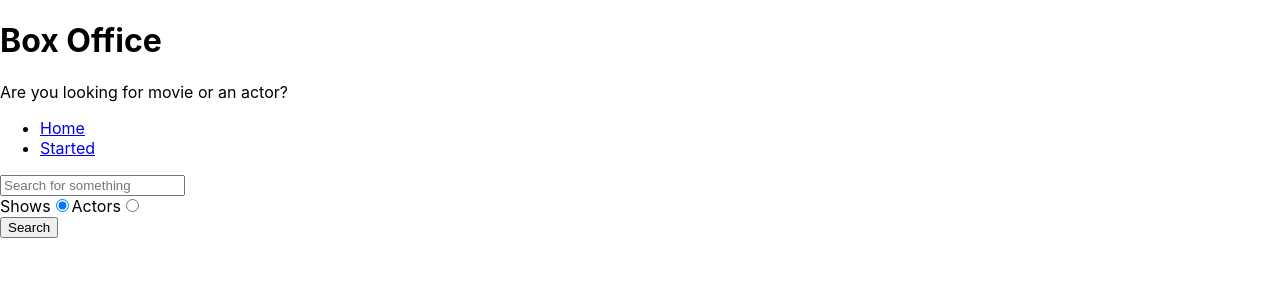
Repository: Mayur2905/Box-office
Page: /
An editor plug-in stored every save of this project. The page is shown before and after the next save, followed by the edit.
The browser window is 1280 px wide. The pictures show the whole page.
The project was rebuilt for these pictures with package versions that can differ from the ones it lists, and the page was loaded fresh each time. A package was used in the major version that the imports need, not the one package.json lists. Also part of the build but not shown: src/components/styled.js, src/components/show/ShowCard.styled.js, src/components/show/ShowCard.js, src/components/show/ShowGrid.js, src/components/actor/ActorCard.js, src/components/actor/ActorGrid.js, src/pages/Starred.js, src/components/show/ShowMainData.styled.js and 9 more.

Above is the page before, as saved 2021-10-16 21:05:35.

### public/index.html
<!DOCTYPE html>
<html lang="en">
  <head>
    <meta charset="utf-8" />
    <link rel="icon" href="%PUBLIC_URL%/favicon.ico" />
    <meta name="viewport" content="width=device-width, initial-scale=1" />
    <meta name="theme-color" content="#000000" />
    <meta
      name="description"
      content="Web site created using create-react-app"
    />
    <link rel="apple-touch-icon" href="%PUBLIC_URL%/logo192.png" />
    <!--
      manifest.json provides metadata used when your web app is installed on a
      user's mobile device or desktop. See https://developers.google.com/web/fundamentals/web-app-manifest/
    -->
    <link rel="manifest" href="%PUBLIC_URL%/manifest.json" />
    <!--
      Notice the use of %PUBLIC_URL% in the tags above.
      It will be replaced with the URL of the `public` folder during the build.
      Only files inside the `public` folder can be referenced from the HTML.

      Unlike "/favicon.ico" or "favicon.ico", "%PUBLIC_URL%/favicon.ico" will
      work correctly both with client-side routing and a non-root public URL.
      Learn how to configure a non-root public URL by running `npm run build`.
    -->
    <title>React App</title>
  </head>
  <body>
    <noscript>You need to enable JavaScript to run this app.</noscript>
    <div id="root"></div>
    <link
  href="https://fonts.googleapis.com/css?family=Roboto:300,400,700,&display=swap"
  rel="stylesheet"
/>
<title>Box Office</title>

  </body>
</html>

### src/index.js
import React from 'react';
import ReactDOM from 'react-dom';
import  {BrowserRouter} from 'react-router-dom';
import './index.css';
import App from './App';
import reportWebVitals from './reportWebVitals';

ReactDOM.render(
<BrowserRouter>
  <App />
</BrowserRouter>,
document.getElementById('root')

);

// If you want to start measuring performance in your app, pass a function
// to log results (for example: reportWebVitals(console.log))
// or send to an analytics endpoint. Learn more: https://bit.ly/CRA-vitals
reportWebVitals();

### src/App.js
import React from 'react';
import { ThemeProvider } from 'styled-components';
import { Switch, Route } from 'react-router-dom';

import Home from './pages/Home';
import Starred from './pages/Starred';
import Show from './pages/Show';

const theme = {
  mainColors: {
    blue: '#2400ff',
    gray: '#c6c6c6',
    dark: '#353535',
  },
};

function App() {
  return (
    <ThemeProvider theme={theme}>
    <Switch>
      <Route exact path="/">
        <Home />
      </Route>

      <Route exact path="/starred">
        <Starred />
      </Route>

      <Route exact path="/show/:id">
        <Show />
      </Route>

      <Route>
        <div>Not found</div>
      </Route>
    </Switch>
    </ThemeProvider>
  );
}

export default App;

### src/reportWebVitals.js
 /* eslint-disable */
const reportWebVitals = onPerfEntry => {
  if (onPerfEntry && onPerfEntry instanceof Function) {
    import('web-vitals').then(({ getCLS, getFID, getFCP, getLCP, getTTFB }) => {
      getCLS(onPerfEntry);
      getFID(onPerfEntry);
      getFCP(onPerfEntry);
      getLCP(onPerfEntry);
      getTTFB(onPerfEntry);
    });
  }
};

export default reportWebVitals;

### src/pages/Home.js
import React, { useState } from 'react';
import MainPageLayout from '../components/MainPageLayout';
import { apiGet } from '../misc/config';
import ShowGrid from '../components/show/ShowGrid';
import ActorGrid from '../components/actor/ActorGrid';
import { useLastOuery } from '../misc/custom-hooks';

const Home = () => {
  const [input, setInput] = useLastOuery();
  const [results, setResults] = useState(null);
  const [searchOption, setSearchOption] = useState('shows');

  const isShowsSearch = searchOption === 'shows';
  const onSearch = () => {
    apiGet(`/search/${searchOption}?q=${input}`).then(result => {
      setResults(result);
    });
  };

  const onInputChange = ev => {
    setInput(ev.target.value);
  };

  const onKeyDown = ev => {
    if (ev.keyCode === 13) {
      onSearch();
    }
  };

  const onRadioChange = ev => {
    setSearchOption(ev.target.value);
  };

  const renderResults = () => {
    if (results && results.length === 0) {
      return <div>No results</div>;
    }

    if (results && results.length > 0) {
      return results[0].show ? (
        <ShowGrid data={results} />
      ) : (
        <ActorGrid data={results} />
      );
    }

    return null;
  };

  return (
    <MainPageLayout>
      <input
        type="text"
        placeholder="Search for something"
        onChange={onInputChange}
        onKeyDown={onKeyDown}
        value={input}
      />

      <div>
        <label htmlFor="shows-search">
          Shows
          <input
            id="shows-search"
            type="radio"
            value="shows"
            checked={isShowsSearch}
            onChange={onRadioChange}
          />
        </label>

        <label htmlFor="actors-search">
          Actors
          <input
            id="actors-search"
            type="radio"
            value="people"
            checked={!isShowsSearch}
            onChange={onRadioChange}
          />
        </label>
      </div>

      <button type="button" onClick={onSearch}>
        Search
      </button>
      {renderResults()}
    </MainPageLayout>
  );
};

export default Home;

### src/components/MainPageLayout.js
import React from 'react'
import Navs from './Navs'
import Title from './Title'

const MainPageLayout = ({children}) => {
    return (
        <div>
            <Title title="Box Office"
            subtitle ="Are you looking for movie or an actor?
            "/>
            <Navs/>
            {children}
        </div>
    )
}

export default MainPageLayout

### src/misc/custom-hooks.js
import { useReducer, useEffect,useState } from 'react';
import { apiGet } from './config';

function showsReducer(prevState, action) {
  switch (action.type) {
    case 'ADD': {
      return [...prevState, action.showId];
    }

    case 'REMOVE': {
      return prevState.filter(showId => showId !== action.showId);
    }

    default:
      return prevState;
  }
}

function usePersistedReducer(reducer, initialState, key) {
  const [state, dispatch] = useReducer(reducer, initialState, initial => {
    const persisted = localStorage.getItem(key);

    return persisted ? JSON.parse(persisted) : initial;
  });

  useEffect(() => {
    localStorage.setItem(key, JSON.stringify(state));
  }, [state, key]);

  return [state, dispatch];
}

export function useShows(key = 'shows') {
  return usePersistedReducer(showsReducer, [], key);
}
export function useLastOuery(key='lastQuery') {
     const [input, setInput] = useState(()=>{
        const persisted = sessionStorage.getItem(key);

        return persisted ? JSON.parse(persisted) : "";


     });
     const setPersistedInput =(newState)=>{
         setInput(newState);
         sessionStorage.setItem(key,JSON.stringify(newState))
     }
     return[input,setPersistedInput];
}
const reducer = (prevState, action) => {
    switch (action.type) {
      case 'FETCH_SUCCESS': {
        return { isLoading: false, error: null, show: action.show };
      }

      case 'FETCH_FAILED': {
        return { ...prevState, isLoading: false, error: action.error };
      }

      default:
        return prevState;
    }
  };

export function useShow(showId){
    const [state, dispatch] = useReducer(
        reducer,
        {
            show: null,
            isLoading: true,
            error: null,
        }
      );

      useEffect(() => {
        let isMounted = true;

        apiGet(`/shows/${showId}?embed[]=seasons&embed[]=cast`)
          .then(results => {
            if (isMounted) {
              dispatch({ type: 'FETCH_SUCCESS', show: results });
            }
          })
          .catch(err => {
            if (isMounted) {
              dispatch({ type: 'FETCH_FAILED', error: err.message });
            }
          });

        return () => {
          isMounted = false;
        };
      }, [showId]);
      return state;
}

### src/components/Navs.js
import React from 'react'
import {Link} from 'react-router-dom'

const LINK =[
    {to: '/',text:'Home'},
    {to: '/started',text:'Started'}

  ]

const Navs = () => {
    return (
        <div>
            <ul>
                {
                    LINK.map(item => <li key={item.to}>
                        <Link to={item.to}>{item.text}</Link>
                        </li>)
                }
            </ul>
        </div>
    )
}

export default Navs

### src/components/Title.js
import React from 'react'

const Title = ({title,subtitle}) => {
    return (
        <div>
            <h1>{title}</h1>
            <p>{subtitle}</p>
        </div>
    )
}

export default Title

### src/components/Navs.styled.js
import styled from "styled-components";
import { Link } from "react-router-dom";

export const NavList = styled.ul`
  display: flex;
  justify-content: center;
  list-style: none;
  margin: 0 0 30px;
  padding: 0;
`;

export const LinkStyled = styled(Link)`
  margin: 0 10px;
  padding: 3px 15px;
  position: relative;
  text-decoration: none;
  color: ${({ theme }) => theme.mainColors.gray};
  &.active {
    color: ${({ theme }) => theme.mainColors.blue};
    &:after {
      content: '';
      position: absolute;
      display: block;
      height: 2px;
      left: 0%;
      bottom: 0;
      background-color: ${({ theme }) => theme.mainColors.blue};
      animation: slide-in 0.3s ease-in forwards;
      @keyframes slide-in {
        from {
          left: 50%;
          width: 0;
        }
        to {
          left: 0%;
          width: 100%;
        }
      }
    }
  }
`;

Loaded but not shown: src/index.css (common file); src/misc/config.js (common file)

After the next save:
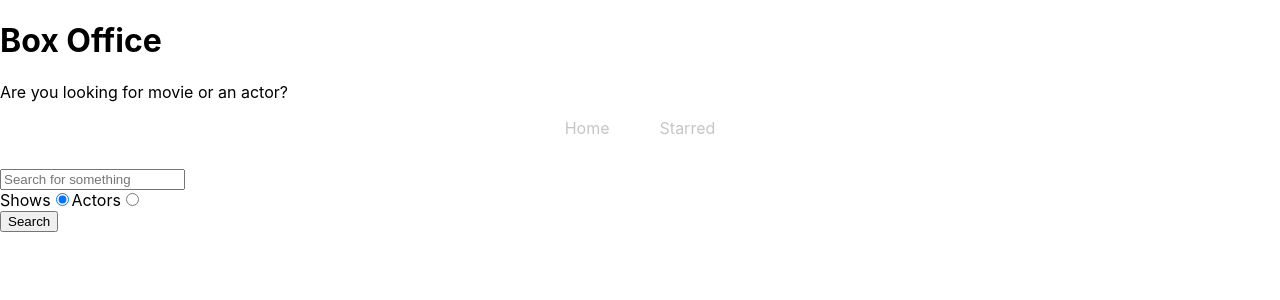
Saved 2 min 13 s later.
--- a/src/components/Navs.js
+++ b/src/components/Navs.js
@@ -1,24 +1,23 @@
-import React from 'react'
-import {Link} from 'react-router-dom'
+import React from 'react';
+import { LinkStyled, NavList } from './Navs.styled';
 
-const LINK =[
-    {to: '/',text:'Home'},
-    {to: '/started',text:'Started'}
-
-  ]
+const LINKS = [
+  { to: '/', text: 'Home' },
+  { to: '/starred', text: 'Starred' },
+];
 
 const Navs = () => {
-    return (
-        <div>
-            <ul>
-                {
-                    LINK.map(item => <li key={item.to}>
-                        <Link to={item.to}>{item.text}</Link>
-                        </li>)
-                }
-            </ul>
-        </div>
-    )
-}
+  return (
+    <div>
+      <NavList>
+        {LINKS.map(item => (
+          <li key={item.to}>
+            <LinkStyled to={item.to}>{item.text}</LinkStyled>
+          </li>
+        ))}
+      </NavList>
+    </div>
+  );
+};
 
-export default Navs
+export default Navs;
